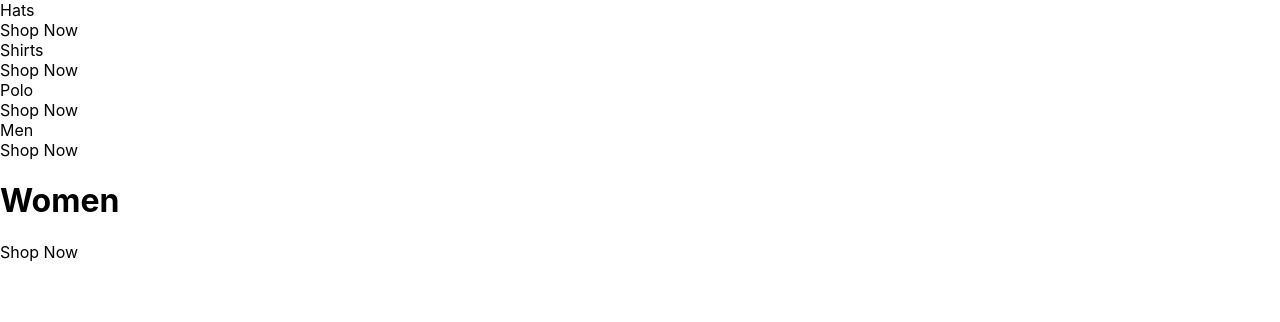
Repository: Syfon01/onestop
Page: /
An editor plug-in stored every save of this project. The page is shown before and after a run of saves, followed by the edit.
The browser window is 1280 px wide. The pictures show the whole page.
The project was rebuilt for these pictures with package versions that can differ from the ones it lists, and the page was loaded fresh each time. Also part of the build but not shown: src/App.css.

Above is the page before, as saved 2020-07-24 16:05:47.

After the next 2 saves:
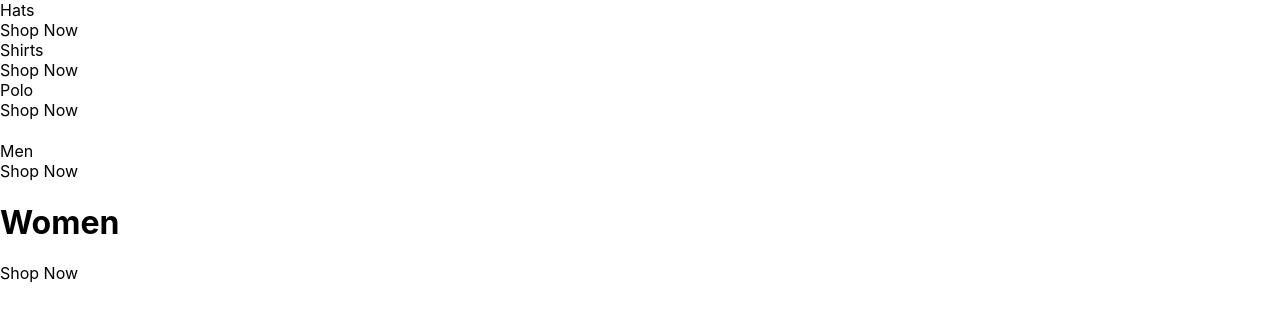
The 2 saves are shown as one change because they came seconds apart.
The last was saved 8 s later.
--- a/src/Homepage.js
+++ b/src/Homepage.js
@@ -23,7 +23,7 @@ const HomePage = () => {
     </div>
     <div className="menu-item">
       <div className="content">
-        <div className="title">Men</div>
+        <div className="title"><h1></h1>Men</div>
         <div className="subtitle">Shop Now</div>
       </div>
     </div>
